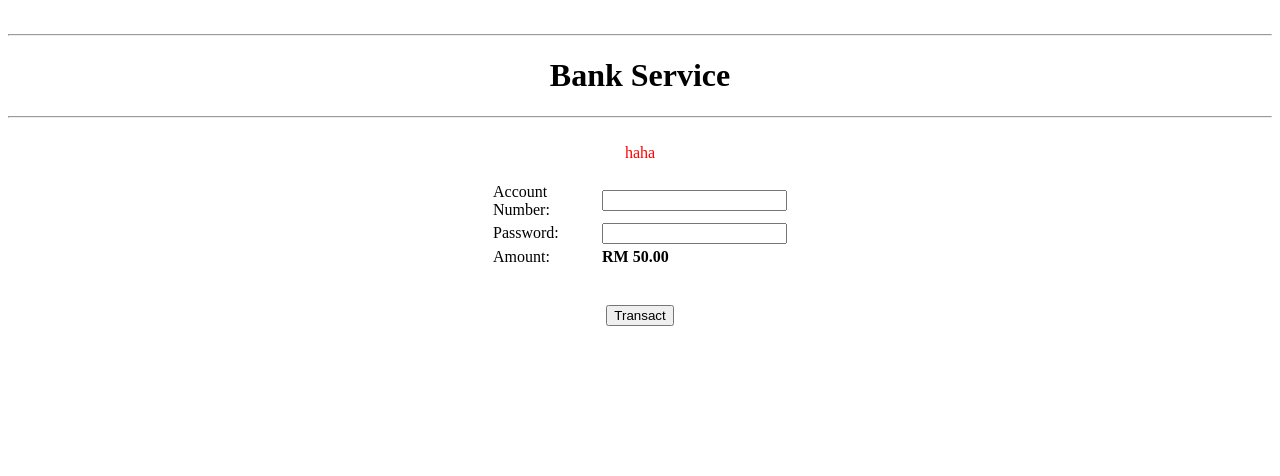
Repository: Jeck97/Mcdonald-Delivery-System
Page: http://localhost/McDelivery/bankService/transactionForm.jsp
These files come from the project's save history. The page is drawn as it stood at one moment and after the next save; the edit follows.
The browser window is 1280 px wide. The pictures show the whole page.
The page is served by Tomcat 9. Other server files are loaded and not shown.

Above is the page before, as saved 2020-07-12 18:10:50.

### McDelivery/WebContent/bankService/transactionForm.jsp
<%@ page language="java" contentType="text/html; charset=ISO-8859-1"
	pageEncoding="ISO-8859-1"%>
<!DOCTYPE html>
<html>
<head>
<meta charset="ISO-8859-1">
<title>Transaction Page</title>
</head>
<body>

	<br>

	<hr>

	<h1 style="text-align: center;">Bank Service</h1>

	<hr>

	<br>

	<div style="color: #FF0000; text-align: center;">haha${errorMessage}</div>

	<br>

	<form action="transactionServlet" method="post">

		<table style="align-content: space-between; margin: auto; width: 300px">
			<tr>
				<td><label for="account_number">Account Number:</label></td>
				<td><input id="account_number" name="account_number" type="number" required></td>
			</tr>
			<tr>
				<td><label for="password">Password:</label></td>
				<td><input id="password" name="password" type="password" required></td>
			</tr>
			<tr>
				<td><label>Amount:</label></td>
				<td><b>RM 50.00</b></td>
			</tr>
		</table>

		<br><br>

		<div style="text-align: center;">
			<input type="submit" value="Transact">
		</div>

	</form>

</body>
</html>

After the next save:
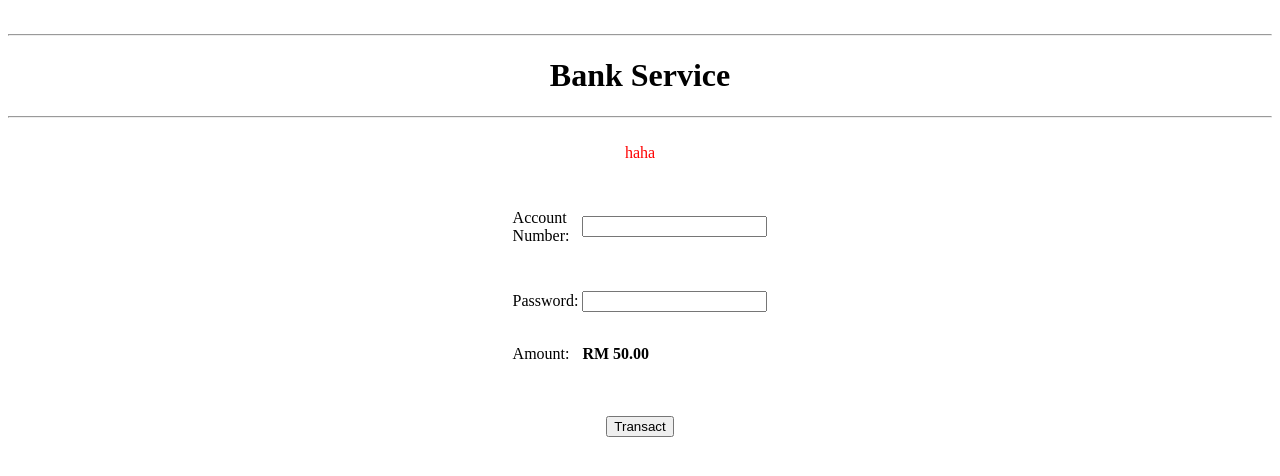
Saved 30 s later.
--- a/McDelivery/WebContent/bankService/transactionForm.jsp
+++ b/McDelivery/WebContent/bankService/transactionForm.jsp
@@ -24,7 +24,7 @@
 
 	<form action="transactionServlet" method="post">
 
-		<table style="align-content: space-between; margin: auto; width: 300px">
+		<table style="align-content: space-between; margin: auto; width: 250px; height: 200px;">
 			<tr>
 				<td><label for="account_number">Account Number:</label></td>
 				<td><input id="account_number" name="account_number" type="number" required></td>
